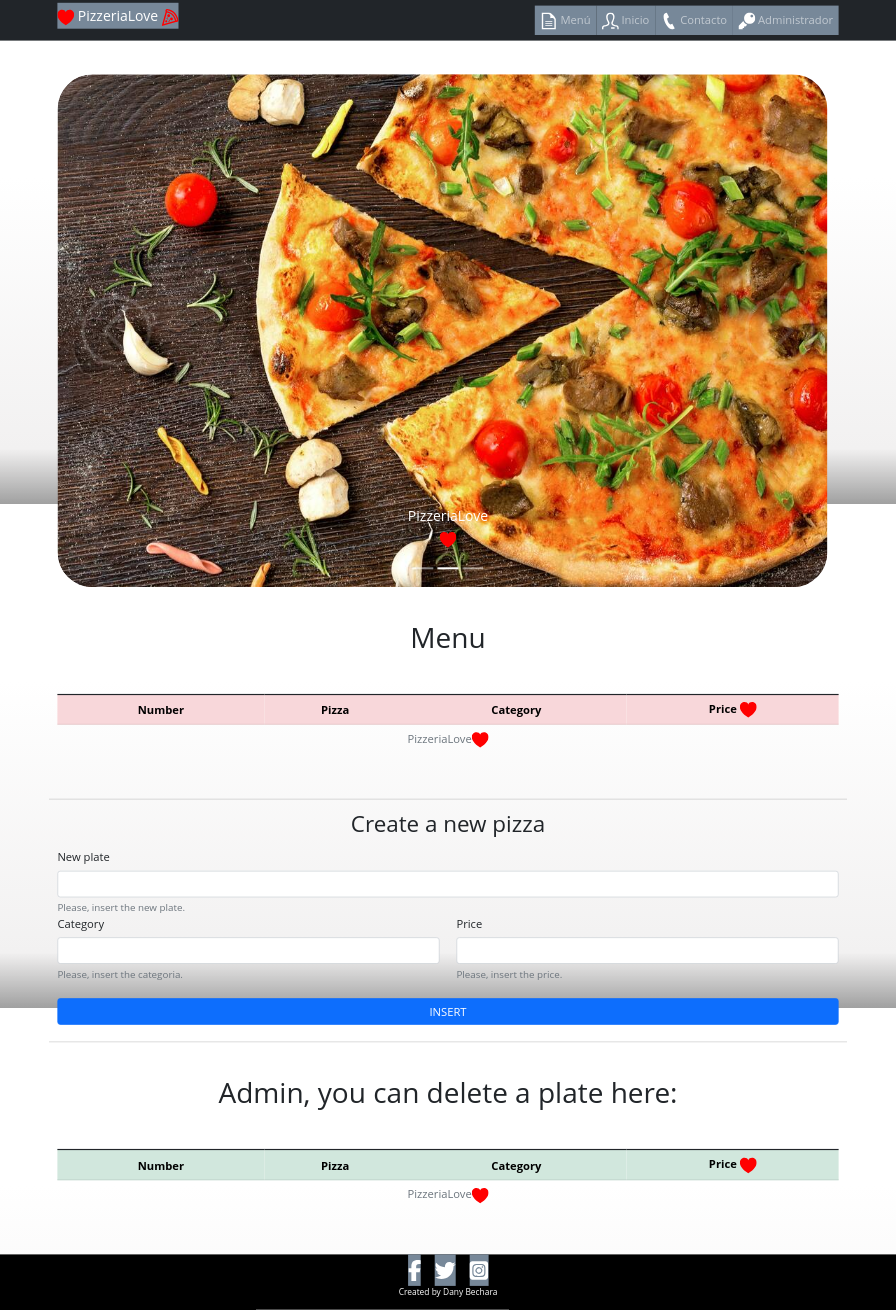
Repository: bechara611/PizzeriaLove
Page: /
These files come from the project's save history. The page is drawn as it stood at one moment and after the next save; the edit follows.
The browser window is 1280 px wide. The pictures show the whole page, at 70% of full size.
The page's requests for data from a server got no answer. Backgrounds fixed to the window are drawn as part of the page. The project was rebuilt for these pictures with package versions that can differ from the ones it lists, and the page was loaded fresh each time. No one was signed in, and anything a server would have sent is missing. Also part of the build but not shown: src/App.css, src/App.js, src/Elementos/Alerta.js.

Above is the page before, as saved 2022-02-22 18:47:33.

### src/index.js
import React from 'react';
import ReactDOM from 'react-dom';
import './index.css';
import 'bootstrap/dist/css/bootstrap.css'
import 'bootstrap/dist/js/bootstrap.bundle.min';
import Header from './Componentes/Header';
import {BrowserRouter,Route, Routes,NavLink} from 'react-router-dom'
import {App,App2} from './App';
import WebFont from 'webfontloader'
import './index.css'
import Carousel from './Componentes/Carousel';
import Menu from './Componentes/Menu';
import Footer from './Componentes/Footer';
import { FormularioAgregarMenu } from './Componentes/FormularioAgregarMenu';

WebFont.load({
  google: {
    families: ['Open Sans:400,500,700', 'Sans-serif']
  }
});

const Index = () => {
  return (
  <BrowserRouter>
     <Header></Header>
     <Carousel></Carousel>
    <Routes>
    <Route path='/' element={<Menu />} ></Route>
    <Route path='/inicio' element={<Menu borrar={false} />} ></Route>
    </Routes>
    <FormularioAgregarMenu></FormularioAgregarMenu>
    <Footer></Footer>
    </BrowserRouter>
    );
}


ReactDOM.render(

  <Index />,
  document.getElementById('root')
);

### src/index.css
* {
  margin: 0;
  font-family:'Open Sans';
  /* Permalink - use to edit and share this gradient: https://colorzilla.com/gradient-editor/#ffffff+0,ffffff+100&1+0,0+100;White+to+Transparent */



}


body
{
  background: rgb(255,255,255);
  background: linear-gradient(180deg, rgba(255,255,255,1) 0%, rgba(255,255,255,1) 35%, rgba(242,241,241,1) 89%, rgba(10,10,10,0.38699229691876746) 100%);

  background-attachment:fixed;
}

### src/Componentes/Header.js
import {NavLink} from 'react-router-dom'
import styled from 'styled-components';
import { BotonTipoNavLink,BotonTipoNavLinkA } from '../Elementos/BotonTipoNavLink';
import {Pizza2,Administrador2,Inicio2,Menu2,Contacto2,Heart2}from '../Elementos/ImagenesSVG';
import {App,App2} from './../App';
import './Header.css'


const Header = () => {
    let url1,url2;
    url1="/inicio";
      return (
        <>

        <nav className="navbar navbar-expand-sm navbar-dark bg-dark  header_nav">
        <div className="container contenedor1 ">
        <div className='hijo1_header'>
         <BotonTipoNavLink to={url1} className="navbar-brand"> <Heart2 / > PizzeriaLove <Pizza2></Pizza2></BotonTipoNavLink>



        </div>
      <div className='hijo2_header'>
        <button
        className="navbar-toggler mt-2"
        type="button"
        data-bs-toggle="collapse"
        data-bs-target="#menu"
        aria-controls="menu"
        aria-expanded="false"
        aria-label="Mostrar / Ocultar Menu"
      >
        <span className="navbar-toggler-icon"></span>
      </button>

      <div className="collapse navbar-collapse" id="menu">
      <ul className="navbar-nav me-auto mb-2 mb-lg-0 header_menu">
      <li className="nav-item opcion"><a href="#menuu" className="nav-link  opcion"><Menu2></Menu2> Menú</a></li>
        <li className="nav-item"><BotonTipoNavLinkA to={url1} className="nav-link"><Inicio2/> Inicio</BotonTipoNavLinkA></li>
        <li className="nav-item"><BotonTipoNavLink to={url1} className="nav-link"> <Contacto2 /> Contacto</BotonTipoNavLink></li>
        <li className="nav-item"><BotonTipoNavLink to={url1} className="nav-link"> <Administrador2 /> Administrador</BotonTipoNavLink></li>
      </ul>

    </div>
    </div>
        </div>

      </nav>

      </>
       );
    }

    export default Header;

### src/Componentes/Carousel.js
import { Heart2 } from '../Elementos/ImagenesSVG'
import imagen1 from './../Imagenes/carousel1.jpg'
import imagen2 from './../Imagenes/carousel2.jpg'
import imagen3 from './../Imagenes/carousel3.jpg'
import './Carousel.css'
const Carousel = () => {
    return (

        <>
<section className="main">
  <div className="container">
    <div className="row mt-5">
      <div className="col">
        <div className="carousel slide carousel-fade" id="mi-carousel" data-bs-ride="carousel">
          <div className="carousel-inner">
            <div className="carousel-item active">
            <div className="carousel-caption">
            <h5>PizzeriaLove</h5>
            <p><Heart2></Heart2></p>
          </div>
              <img className="img-fluid" src={imagen1} alt='' />
            </div>

            <div className="carousel-item" data-bs-interval="5000">
              <div className="carousel-caption">
                <h5>PizzeriaLove</h5>
                <p><Heart2></Heart2></p>
              </div>
              <img className="img-fluid" src={imagen2}  alt=''/>
            </div>
            <div className="carousel-item">
            <div className="carousel-caption">
            <h5>PizzeriaLove</h5>
            <p><Heart2></Heart2></p>
          </div>
            <img className="img-fluid" src={imagen3} alt='' />
            </div>
          </div>



          <button
            className="carousel-control-prev botonprev"
            type="button"
            data-bs-target="#mi-carousel"
            data-bs-slide="prev"
          >
            <span className="carousel-control-prev-icon  icono" aria-hidden="true"></span>
            <span className="visually-hidden">Prev</span>
          </button>
          <button
            className="carousel-control-next"
            type="button"
            data-bs-target="#mi-carousel"
            data-bs-slide="next"
          >
            <span className="carousel-control-next-icon icono" aria-hidden="true"></span>
            <span className="visually-hidden">Next</span>
          </button>




          <div className="carousel-indicators">
            <button
              type="button"
              className="active"
              data-bs-target="#mi-carousel"
              data-bs-slide-to="0"
              aria-label="Slide 1"
            ></button>
            <button
              type="button"
              className=""
              data-bs-target="#mi-carousel"
              data-bs-slide-to="1"
              aria-label="Slide 2"
            ></button>
            <button
              type="button"
              className=""
              data-bs-target="#mi-carousel"
              data-bs-slide-to="2"
              aria-label="Slide 3"
            ></button>
          </div>
        </div>
      </div>
    </div>
  </div>

</section>


        </>
     );
}

export default Carousel;

### src/Componentes/Menu.js
import React,{useState,useEffect} from 'react'
import { Heart2, Trash2 } from '../Elementos/ImagenesSVG';
import { db } from '../Firebase/FirebaseConfig';
import { collection,addDoc,onSnapshot } from 'firebase/firestore';
import './Menu.css'
import useObtenerMenu from '../Hooks/useObtenerMenu';
import BorrarDocumento from '../Firebase/Borrar';

const Menu = ({borrar}) => {
   const [platos,cambiarplatos]=useObtenerMenu();


    return (
        <>
        <div className="container">
        <div className="row my-5">

        <div className="col titulo">
        {borrar===true ?   <h1 className=''>Admin, you can delete a plate here:</h1> :    <h1 className=''>Menu</h1>}

        </div>
        </div>
            <div className="row my-5">

             <div className="table-responsive " id='menuu'>
            <table className="table table-hover table" >
            <caption className='captionMenu'>PizzeriaLove<Heart2></Heart2></caption>
             <thead>
             <tr className={borrar===true?'table-success' : 'table-danger'}>
             <th>Number</th>
             <th>Pizza</th>
             <th>Category </th>
             <th>Price <Heart2></Heart2> </th>
             </tr>
             </thead>
             <tbody>
             {
                 platos.map((plato,index)=>{
                     return <React.Fragment key={index}>
                     <tr onClick={()=>{


                     }} >
                     <td>{index +1}</td>
                     <td>{plato.plato}</td>
                     <td>{plato.categorias}</td>
                     {borrar===true ?    <td>{plato.precio}$  <Trash2 onClick={()=>{
                        if (borrar===true) {
                            BorrarDocumento(plato.id)
                         }
                     }}></Trash2> </td> : <td>{plato.precio}</td> }

                     </tr>
                     </React.Fragment>
                 })
             }
             </tbody>
             </table>
            </div>


            </div>
        </div>

        </>

        )

}

export  default Menu;

### src/Componentes/Footer.js
import styled from "styled-components";
import './Footer.css'
import { FontAwesomeIcon } from '@fortawesome/react-fontawesome'
import { faCoffee } from '@fortawesome/free-solid-svg-icons'
import {  faFacebookF,faInstagramSquare,faTwitter } from '@fortawesome/free-brands-svg-icons';
import useObtenerMenu from "../Hooks/useObtenerMenu";


const Footer = () => {
    let face='https://www.facebook.com';
    let insta='https://www.instagram.com';
    let twitter='https://www.twitter.com';
    let nuevaPestana="_blank"

    return (
        <>
        <div className="container-fluid " id="menuu">
        <div className="row fila">
        <footer className="col-12 footer">
        <a href={face} target={nuevaPestana} className='face'><FontAwesomeIcon icon={faFacebookF}/></a>
        <a href={twitter} target={nuevaPestana} className='twitter'><FontAwesomeIcon icon={faTwitter}/></a>
        <a href={insta} target={nuevaPestana} className='instagram'><FontAwesomeIcon icon={faInstagramSquare}/></a>

        </footer>
        <p className="col-12">Created by Dany Bechara</p>
        </div>
        </div>
        </>
     );
}

export default Footer;

### src/Componentes/FormularioAgregarMenu.js
import './FormularioAgregarMenu.css'
import React,{useEffect,useState} from 'react'
import styled from 'styled-components'
import { db,app } from '../Firebase/FirebaseConfig';
import { addDoc,collection } from 'firebase/firestore';
import Alerta from '../Elementos/Alerta';
import Menu from './Menu';





const FormularioAgregarMenu = () => {
    const [platos2,cambiarplatos2]=useState([{}])
    const [precio,cambiarPrecio]=useState('');
    const [categoria,cambiarCategoria]=useState('');
    const [plato,cambiarPlato]=useState('');
    const [AlertaGenerada,CambiarAlertaGenerada]=useState(false);

    const Registrar =async () => {
        try {
            await addDoc(collection(db,'menu'),
        {
            categorias:categoria,
            plato:plato,
            precio:precio
        })
        cambiarPlato('');
        cambiarCategoria('');
        cambiarPrecio('')
        CambiarAlertaGenerada(true);
        } catch (error) {
            console.log(error)
        }

    }



    return (
        <>
        <div className="container my-1 contenedor_formulario">
     <h2 className='my-3 text-center'>Create a new pizza</h2>
     {AlertaGenerada && <Alerta CambiarAlertaGenerada={CambiarAlertaGenerada} valorr={3}></Alerta>}
        <form action="" className='' onSubmit={(e)=>{
            e.preventDefault();
            Registrar();
        }}>
        <div className="row">
        <div className="col-12">
        <label htmlFor='plato' className="form-label">New plate</label>
            <input value={plato} required type="text" className='form-control' name="plato" id="plato" aria-describedby='ayuda-plato'
            onChange={(e)=>{
                cambiarPlato(e.target.value)
            }}/>
            <div id="ayuda-plato" className="form-text">
            Please, insert the new plate.
            </div>
            </div>
            <div className="col-6">
            <label htmlFor='categorias' className="form-label">Category</label>
            <input required value={categoria} type="text" className='form-control' name="categorias" id="categorias" aria-describedby='ayuda-categorias'
            onChange={(e)=>{
                cambiarCategoria(e.target.value)
            }} />
            <div id="ayuda-plato" className="form-text">
            Please, insert the categoria.
            </div>
            </div>
            <div className="col-6">
            <label htmlFor='precio' className="form-label">Price</label>
            <input required value={precio} type="text" className='form-control' name="precio" id="precio" aria-describedby='ayuda-number'
             onChange={(e)=>{
                cambiarPrecio(e.target.value.replace(/[^0-9.]/g,''));
            }}/>
            <div id="ayuda-number" className="form-text">
            Please, insert the price.
            </div>

            </div>




        </div>
        <div className="row">
        <div className="col-12 my-4">  <button type='submit' className=' btn btn-primary col-12'>INSERT</button></div>
        </div>
            </form>
        </div>

        <Menu borrar={true}></Menu>
        </>
         );

}

export {FormularioAgregarMenu}

### src/Elementos/BotonTipoNavLink.js
import styled from "styled-components"
import { NavLink } from "react-router-dom"
    const BotonTipoNavLink = styled(NavLink)`
    &:hover
    {
      text-decoration: underline;
      color: black;
    }
    `

    const BotonTipoNavLinkA=styled(BotonTipoNavLink)`
    text-decoration: none;
      color: black;
      cursor:pointer;
    `
    export {BotonTipoNavLink,BotonTipoNavLinkA}

### src/Elementos/ImagenesSVG.js
import styledComponents from 'styled-components';
import {ReactComponent as Pizza} from './../Imagenes/Pizza.svg'
import {ReactComponent as Inicio} from './../Imagenes/Inicio.svg'
import {ReactComponent as Menu} from './../Imagenes/Menu.svg'
import {ReactComponent as Administrador} from './../Imagenes/Administrador.svg'
import {ReactComponent as Contacto} from './../Imagenes/Contacto.svg'
import {ReactComponent as Heart} from './../Imagenes/Heart.svg'
import {ReactComponent as Trash} from './../Imagenes/Trash.svg'
const Pizza2 = styledComponents(Pizza)`
font-size:10px;
z-index: 1;
color:white;
fill:red;

`;
const Inicio2 = styledComponents(Inicio)`
font-size:10px;
z-index: 1;
color:white;
fill:white;

`;
const Menu2 = styledComponents(Menu)`
font-size:10px;
z-index: 1;
color:white;
fill:white;

`;
const Administrador2 = styledComponents(Administrador)`
font-size:10px;
z-index: 1;
color:white;
fill:white;

`;

const Contacto2 = styledComponents(Contacto)`
font-size:10px;
z-index: 1;
color:white;
fill:white;

`;

const Heart2 = styledComponents(Heart)`
font-size:10px;
z-index: 1;
color:white;
fill:red;

`;

const Trash2=styledComponents(Trash)`
fill:blue;
cursor:pointer;
`

export {Pizza2,Administrador2,Inicio2,Menu2, Contacto2,Heart2,Trash2}

### src/Componentes/Header.css



*{
   box-sizing: border-box;
   margin: 0;
   padding: 0;


}
.header_nav2
{
    /* margin-top: -8px; */
    background: -moz-linear-gradient(top,  rgba(211,126,128,1) 0%, rgba(146,171,207,0) 76%, rgba(134,179,222,0) 90%, rgba(125,185,232,0) 100%); /* FF3.6-15 */
background: -webkit-linear-gradient(top,  rgba(211,126,128,1) 0%,rgba(146,171,207,0) 76%,rgba(134,179,222,0) 90%,rgba(125,185,232,0) 100%); /* Chrome10-25,Safari5.1-6 */
background: linear-gradient(to bottom,  rgba(211,126,128,1) 0%,rgba(146,171,207,0) 76%,rgba(134,179,222,0) 90%,rgba(125,185,232,0) 100%); /* W3C, IE10+, FF16+, Chrome26+, Opera12+, Safari7+ */
filter: progid:DXImageTransform.Microsoft.gradient( startColorstr='#d37e80', endColorstr='#007db9e8',GradientType=0 ); /* IE6-9 */


}
body
{
    /* background: url(./../Imagenes/textura.png);
	background-repeat: repeat;
	background-attachment: fixed; */
}

.nav
{


}

.contenedor12
{

    /* min-height: 300px;  */
}

.hijo1_header
{
    align-self: start;
    /* margin-top: 2%; */

}
.hijo2_header
{
    /* margin-top: 2%; */
    align-self: start;
}
.header_menu
{

}

.opcion
{
text-decoration: dotted;
display: inline-block;
opacity: 1;
color: red;
}
a, a:link, a:visited {
    color: red;
    text-decoration: none;
    background-color: #778899;
  }


.opcion:visited
{
    color: white;
text-decoration: underline;
color: white;
opacity: 1;
font-size: 40px;
}

.opcion:link
{
color: green;
}

### src/Componentes/Carousel.css
.carousel-inner{border-radius: 50px;}
.carousel-item{border-radius: 50px;}
.img-fluid{border-radius: 50px;}
.icono {
    height: 100px;
    width: 100px;

      /*shape border*/
      border: 5px solid white;
      border-radius: 50%; /*zero for square */
      opacity: 0.3;
      /*symbol */
      color: BLACK;



}
.icono:hover{opacity: 1;}

### src/Firebase/FirebaseConfig.js
import { initializeApp } from "firebase/app";
import { getAnalytics } from "firebase/analytics";
import { getFirestore } from "firebase/firestore";
import { getAuth, createUserWithEmailAndPassword } from "firebase/auth";

const firebaseConfig2 = {
    apiKey: "AIzaSyDhYuWK_8Uy4S-BtkFmFfityIjQnt4M3Is",
    authDomain: "pizzerialove-00.firebaseapp.com",
    projectId: "pizzerialove-00",
    storageBucket: "pizzerialove-00.appspot.com",
    messagingSenderId: "356504995914",
    appId: "1:356504995914:web:c5fee404edbf5f32affeb3",
    measurementId: "G-CK1N9HMEKD"
  };


    const firebaseConfig = {
      apiKey:process.env.REACT_APP_FIREBASE_API_KEY,
      authDomain:process.env.REACT_APP_FIREBASE_AUTH_DOMAIN,
      projectId:process.env.REACT_APP_FIREBASE_PROJECT_ID,
      storageBucket:process.env.REACT_APP_FIREBASE_STORAGE_BUCKET,
      messagingSenderId:process.env.REACT_APP_FIREBASE_MESSAGING_SENDER_ID,
      appId:process.env.REACT_APP_FIREBASE_APP_ID,
      measurementId:process.env.REACT_APP_FIREBASE_MEASUREMENT_ID
    };



// Initialize Firebase
const app = initializeApp(firebaseConfig);
const analytics = getAnalytics(app);
const db= getFirestore();
const auth=getAuth();

export {app,analytics,db,auth};

### src/Componentes/Menu.css
.captionMenu
{
    text-align: center;
}

.titulo{text-align: center;}

td{text-align: center;}
th{text-align: center;}

.basurita{background: black;}

### src/Hooks/useObtenerMenu.js
import React,{useEffect,useState} from 'react'
import { db } from '../Firebase/FirebaseConfig';
import { collection,onSnapshot } from 'firebase/firestore';

const useObtenerMenu = () => {
    const [platos,cambiarplatos]=useState([{}])
    useEffect(()=>{

            const FuncionObtenerMenu=onSnapshot(collection(db,'menu'), (snapShot)=>{

               let vectormenu=snapShot.docs.map((documento)=>{
                  // console.log(documento.id)
                    return {...documento.data(),id:documento.id}
                })
              //  console.log(vectormenu);
                cambiarplatos(vectormenu)
            })





          },[])
          return [platos,cambiarplatos]
}

export default useObtenerMenu;

### src/Firebase/Borrar.js
import { db,app } from './FirebaseConfig'
import {doc,deleteDoc, } from 'firebase/firestore'
const BorrarDocumento =async (id) => {
  try {
  await deleteDoc(doc(db,'menu',id));

   } catch (error) {
    console.log(error)
   }

}

export default BorrarDocumento;

### src/Componentes/Footer.css
.footer
{
    display: flex;
    flex-direction: row;
    justify-content: center;

}
.fila
{
    display: flex;
    justify-content: center;
    text-align: center;
    background: black;
    font-size: 12px;
}
.fila p
{

color: white;
}
.footer a{
    text-decoration: none;
font-size: 30px;
display: inline-block;
color: white;
margin: 0 10px;
}
.face:hover{color: blue;}
.twitter:hover{color: lightblue;}
.instagram:hover{color:#fcaf45}

### src/Componentes/FormularioAgregarMenu.css
.contenedor_formulario
{
    border-top: 1px solid rgba(15, 15, 15, 0.2);

    border-bottom: 1px solid rgba(15, 15, 15, 0.2);
}

Loaded but not shown: public/index.html (common file)

After the next save:
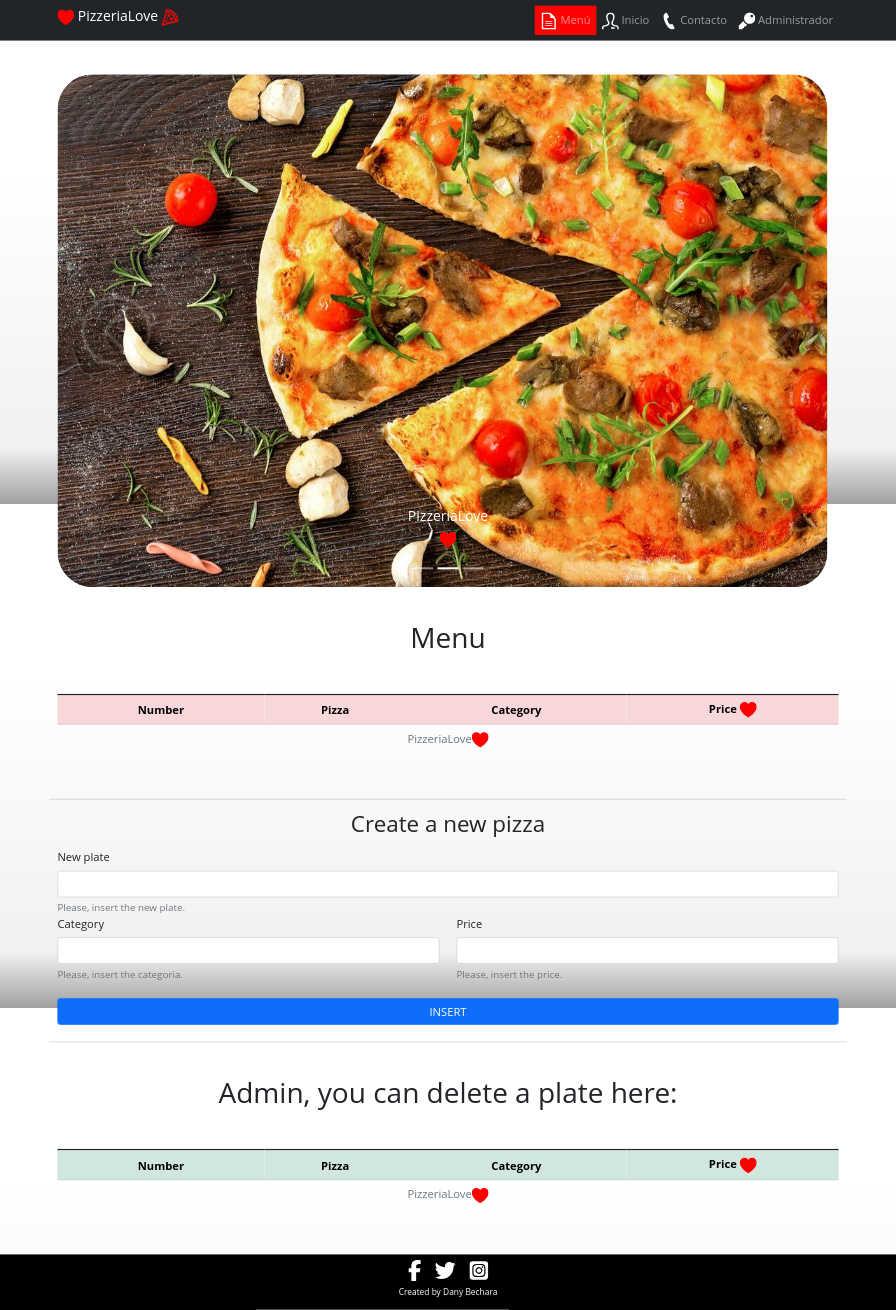
Saved 14 s later.
--- a/src/Componentes/Header.css
+++ b/src/Componentes/Header.css
@@ -59,12 +59,9 @@ text-decoration: dotted;
 display: inline-block;
 opacity: 1;
 color: red;
+background: red;
 }
-a, a:link, a:visited {
-    color: red;
-    text-decoration: none;
-    background-color: #778899;
-  }
+
 
 
 .opcion:visited
